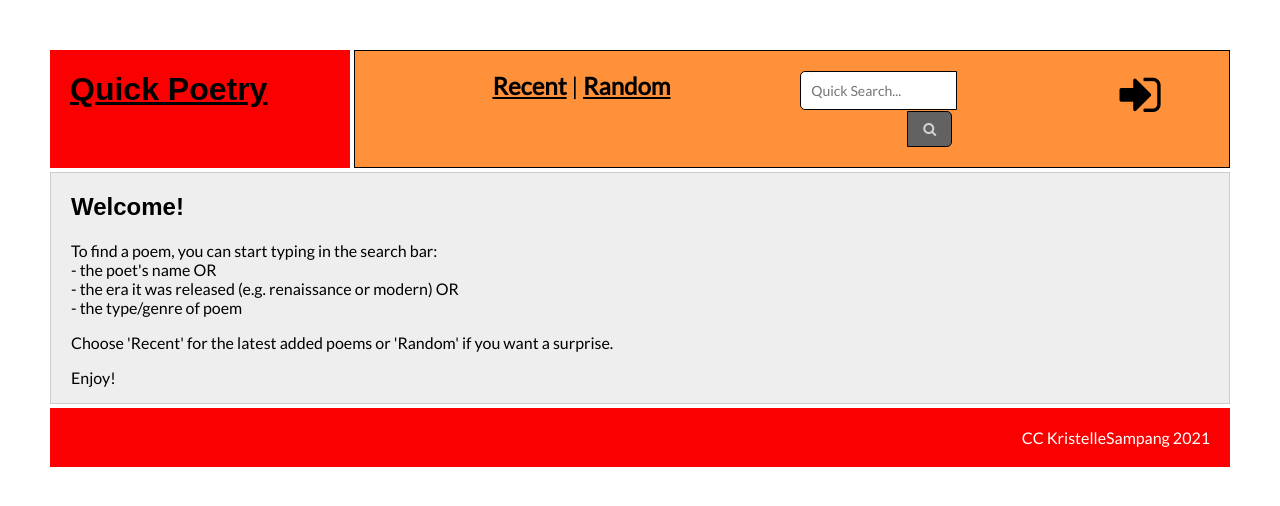
Repository: sampangk71280/Poetry_DB
Page: http://localhost/index.php?page=home
The author's editor kept a copy of each file at every save. The page is drawn from the files as they stood at one save, then again after the next save.
The browser window is 1280 px wide. The pictures show the whole page.
Some web fonts or font styles are not loaded; a fallback is used. The page is run by PHP 8.4 with error messages shown; the project is at /var/www/html/.

Above is the page before, as saved 2021-12-07 13:51:17.

### index.php
<!DOCTYPE HTML>

<?php

session_start();
include("config.php");
include("functions.php");

// connect to database
$dbconnect=mysqli_connect(DB_HOST,DB_USERNAME,DB_PASSWORD, DB_NAME);

if(mysqli_connect_errno()){
    echo "Connection failed:".mysqli_connect_error();
    exit;
}

?>


<html lang="en">

<?php include("content/head.php"); ?>

<body>

    <div class="wrapper">

            <?php include("content/heading_navigation.php") ?>

        <div class="box main">

                <?php

                if(!isset($_REQUEST['page'])) {
                    include("content/home.php");
                } // end of if includes home page

                else {
                    // prevents users from navigating through file system
                    $page=preg_replace('/[^0-9a-zA-Z]-/', '', $_REQUEST['page']);
                    include("content/$page.php");

                } // end of else that includes requested content

                ?>

        </div>    <!-- / main -->

        <?php include("content/footer.php"); ?>

    </div>  <!-- / wrapper  -->

</body>

### config.php
<?php

ini_set('display_errors', 'On');  // change to 'Off' when live

define ("DB_NAME","sampangk71280_L3_Poetry");
define ("DB_USERNAME","_sampangk71280");
define ("DB_PASSWORD","QANbMDYSVME7gpyR");
define ("DB_HOST","localhost");

?>

### functions.php
<?php

// function to 'clean' data
function test_input($data) {
	$data = trim($data);
	$data = htmlspecialchars($data); //  needed for correct special character rendering
	return $data;
}


// entity is subject, country, occupation etc
function autocomplete_list($dbconnect, $item_sql, $entity)
{
// Get entity / topic list from database
$all_items_query = mysqli_query($dbconnect, $item_sql);
$all_items_rs = mysqli_fetch_assoc($all_items_query);

// Make item arrays for autocomplete functionality...
while($row=mysqli_fetch_array($all_items_query))
{
  $item=$row[$entity];
  $items[] = $item;
}

$all_items=json_encode($items);
return $all_items;

}


// function to get subject, country & career ID's
function get_ID($dbconnect, $table_name, $column_ID, $column_name, $entity)
{

    if($entity=="")
    {
        return 0;
    }


    // get entity ID if it exists
    $findid_sql = "SELECT * FROM $table_name WHERE $column_name LIKE '$entity'";
    $findid_query = mysqli_query($dbconnect, $findid_sql);
    $findid_rs = mysqli_fetch_assoc($findid_query);
    $findid_count=mysqli_num_rows($findid_query);

    // If subject ID does exists, return it...
    if($findid_count > 0) {
        $find_ID = $findid_rs[$column_ID];
        return $find_ID;
    }   // end if (entity existed, ID returned)


    else {
        $add_entity_sql = "INSERT INTO $table_name ($column_ID, $column_name) VALUES (NULL, '$entity');";
        $add_entity_query = mysqli_query($dbconnect, $add_entity_sql);

    $new_id_sql = "SELECT * FROM $table_name WHERE $column_name LIKE '$entity'";
    $new_id_query = mysqli_query($dbconnect, $new_id_sql);
    $new_id_rs = mysqli_fetch_assoc($new_id_query);

    $new_id = $new_id_rs[$column_ID];

    return $new_id;

    }   // end else (entity added to table and ID returned)

} // end get ID function


function get_rs($dbconnect, $sql)
{
    $find_sql = $sql;
    $find_query = mysqli_query($dbconnect, $find_sql);
    $find_rs = mysqli_fetch_assoc($find_query);

    return $find_rs;
}


function country_job($dbconnect, $entity_1, $entity_2, $label_sg, $label_pl, $table, $entity_ID, $entity_name)
{

    $all_entities = array($entity_1, $entity_2);
    // loop through items and look up their values...

    // Counts # of countries that without ID zero...
    $num_entities = count(array_filter($all_entities));


    if ($num_entities == 1)
    {
    echo "<b>".$label_sg."</b>: ";
    }

    else { echo "<b>".$label_pl."</b>: ";}

    foreach ($all_entities as $entity) {

    $entity_sql = "SELECT * FROM $table WHERE $entity_ID = $entity";
    $entity_query = mysqli_query($dbconnect, $entity_sql);
    $entity_rs = mysqli_fetch_assoc($entity_query);

    if ($entity != 0) {

    ?>


    <span class="author_entity tag"><?php echo $entity_rs[$entity_name]; ?> </span> &nbsp;

    <?php

    } // end entity if

    // break reference with the last element as per the manual
    unset($entity);

    }

}

?>

### content/head.php
<head>
    <meta charset="UTF-8">
    <meta name="description" content="Site featuring poetry from famous authors">
    <meta name="keywords" content="quotes, famous, author, writer, sportsman,
    political activist, sayings, poetry">
    <meta name="author" content="Kristelle Sampang">
    <meta name="viewport" content="width=device-width, initial-scale=1.0">

    <title>Quick Poetry</title>

    <!-- Edit the link below / replace with your chosen google font -->
    <link href="https://fonts.googleapis.com/css?family=Lato%7cUbuntu" rel="stylesheet">

    <!-- Edit the name of your style sheet - 'foo' is not a valid name!! -->
    <link rel="stylesheet" href="theme/quick_poetry.css">
        <link rel="stylesheet" href="theme/font-awesome.min.css">

</head>

### content/heading_navigation.php

        <div class="box banner">


            <h1><a class="heading" href = "index.php?page=home">Quick Poetry</a></h1>
        </div>    <!-- / banner -->

        <!-- Navigation goes here.  Edit BOTH the file name and the link name -->
        <div class="box nav">

            <div class="linkwrapper">
                <div class="commonsearches">
                    <a href="index.php?page=recent">Recent</a> |
                    <a href="index.php?page=random">Random</a>
                </div>  <!-- / common searches -->

                 <div class="topsearch">

                    <!-- Quick Search -->
                    <form method="post" action="index.php?page=quick_search"
                    enctype="multipart/form-data">

                        <input class="search quicksearch" type="text"
                        name="quick_search" width="40" value="" required placeholder="Quick Search..." />

                        <input class="submit" type="submit" name="find_quick" value="&#xf002;" />

                    </form>     <!-- / quick search -->

                </div>  <!-- / top search -->

                <div class="topadmin">

                <?php

                    if (isset($_SESSION['admin'])) {

                    ?>

                    <a href="index.php?page=../admin/new_poem" title="Add a quote"><i class="fa fa-plus fa-2x"></i></a>

                    &nbsp; &nbsp;

                    <a href="index.php?page=../admin/logout" title="Log Out">
                        <i class="fa fa-sign-out fa-2x"></i>
                    </a>

                    <?php
                    } // end user if logged in if

                    else {
                        ?>

                    <a href="index.php?page=../admin/login" title="Log In">
                        <i class="fa fa-sign-in fa-2x"></i>
                    </a>

                    <?php // end of login else
                    }

                    ?>


                </div>  <!-- / top admin -->

            </div>  <!--- / link wrapper -->

        </div>    <!-- / nav -->

### content/home.php
<h2>Welcome!</h2>

            <p>
                To find a poem, you can start typing in the search bar: <br/>
                - the poet's name OR <br/>
                - the era it was released (e.g. renaissance or modern) OR <br/>
                - the type/genre of poem
            </p>

            <p>
                Choose 'Recent' for the latest added poems or 'Random' if you want a surprise.
            </p>

            <p>
                Enjoy!
            </p>

### content/footer.php
<div class="box footer">
            CC KristelleSampang 2021
        </div>    <!-- / footer -->

### theme/quick_poetry.css
body {
    margin: auto;
    padding: 50px;
    color: #000;
    font-family: 'Lato', sans-serif;
}

/* Box (for corners & padding) */
.box {
    padding-left: 20px;
    /* border-radius: 10px; */
    background-color: #ddd;
}


/* Set up grids... specifics */

/*  #### Grid for Main page #### */


.wrapper {
    display: grid;
    grid-template-columns: 300px 1fr;
    grid-template-rows: auto;
    grid-template-areas:
        "banner nav"
        "main main"
        "footer footer";
        grid-gap: 4px;

}
@media only screen and (max-width: 1100px){
    .wrapper{
    grid-template-columns: auto;
    grid-template-rows: auto;
    grid-template-areas:
        "banner"
        "nav"
        "main"
        "footer";
    }
}
.banner {
    grid-area: banner;
}

.nav {
    grid-area: nav;
    background-color: #ff913a;  /* orange  */
    font-size: 150%;
    padding: 20px;
    vertical-align: middle;
    border: solid 1px;
}

.main {
    grid-area: main;
    background-color: #eee;  /* very pale grey */
    border: solid 1px #CCC;
}


.footer {
    grid-area: footer;
    text-align: right;
    padding: 20px;
}

/*  #### Grid for Navigation area page #### */

.linkwrapper {
    display: grid;
    grid-template-columns: 3fr 2fr 1fr;
    grid-template-areas:
        "commonsearches topsearch topadmin";
    grid-gap: 4px;
}


.commonsearches {
    grid-area: commonsearches;
    text-align: center;
}

.topsearch {
    grid-area: topsearch;
    text-align: right;
    width: 60%;
}

.topadmin {
    grid-area: topadmin;
    text-align: center;
}

/* Make navigation responsive */

@media only screen and (max-width: 800px){
    .linkwrapper{
        grid-template-columns: auto;
        grid-template-rows: auto;
        grid-template-areas:
            "commonsearches commonsearches"
            "topsearch topadmim";
    }

    .commonsearches{
        text-align: left;
    }

    .topsearch{
        text-align: left;
    }

    .topadmin {
        text-align: right;
    }
}

/* ### Additional div styling (put colours / corners here) */


/* Area colouring... */

/* logo, banner and footer background are the same */
.banner, .footer {
    background-color: #fb0000;  /* bold red */
}

/* Set font on dark areas to white */
.logo, .banner, .side, .footer {
    color: #fff;
}

/* #### Links Styling  #### */

/* Navigation Links */
a.topnav {font-weight: bold;}
a.topnav:link, a.topnav:visited {color: #007c72;} /*dark teal */
a.topnav:hover {color: #707a00; text-decoration: none;}


/* links in page */
a {font-weight: bold;}
a:link{color: #000;} /* white */
a:visited{color: rgb(73, 73, 73);} /* black */
a:hover{color: white;}

/* #### Headings / text styling #### */
h1, h2, h3, h4 {
    font-family: 'Ubuntu', sans-serif;
}

h5 {
    font-family: 'Ubuntu', sans-serif;
    font-weight: bold;
    font-size: 16px;
}

.sub_heading {
    font-family: 'Ubuntu', sans-serif;
    color: #593849; /* purple */
    font-weight: bold;
}

/* ### Form / Search  Styling #### */

form {
    width: 100%;
    float: left;
}

.search {
    background:#fff;
    width: 75%;
}

.submit::-moz-focus-inner {
    border: 0;
    position: relative;
}


.submit {
    font-family: FontAwesome, 'Helvetica Neue', Helvetica, Arial, sans-serif;
    position:relative;
    width: 45px;
    font-size: 14px;

    left:-5px;
    background-color: #636263;
    color:#d6d3d7;
    border: 1px solid #000;
    border-radius: 0 5px 5px 0;
    display: inline-block;
    padding: 10px;
}


input[type="submit"]:hover {
    background-color: #000;
}


input {
    font-size: 14px;
    padding: 10px;
    display: inline-block;
    border: 1px solid #000;
    box-sizing: border-box;
}


.quicksearch {
    border-radius: 5px 0 0 5px;
    display: inline-block;
    position: relative;
}

/* ### Results styling, includes 'tags' button ### */
.results{
    background-color:#D2D2D2;
    border: solid 1px #000;
    padding: 10px;

    margin-right: 20px;
    border-radius: 20px;
}

.tag{
    background-color: #ff913a ;  /* orange like heading*/
    padding: 5px;
    padding-left: 10px;
    padding-right: 10px;
    border: solid 1px #000;
    border-radius: 5px;
}
.authortag{
    background-color: #FFA660; /* orange */
    padding: 5px;
    padding-left: 10px;
    padding-right: 10px;
    border: solid 1px #000;
    border-radius: 5px;
}

.deletetag{
    background-color: #FFA660 ;
    padding: 5px;
    padding-left: 10px;
    padding-right: 10px;
    border: solid 1px #000;
    border-radius: 5px;
}

.deletetagno{
    background-color: #ff4646 ;
    padding: 5px;
    padding-left: 10px;
    padding-right: 10px;
    border: solid 1px #000;
    border-radius: 5px;
}

.about{
    background: #FFEC00; /* yellow */
    border: solid 1px #E9D800; /* yellow but slightly darker*/
    padding: 10px;
    border-radius: 10px;
    margin-right: 20px;
}

.error{
    background-color:  #ffcece;
    color: #721a1a;
    border-radius: 10px;
    padding: 10px;
    border: solid 1px #721a1a;

}

/* editing tools formatting */
.edit-tools {
    text-align: right;
    padding-right: 20px;
}

/* Form Formatting css */

/* make height of drop downs slightly larger */
select {
    height: 40px;
    padding: 5px;
}

/* controls input field on autocomplete boxes (pink for error,
white for OK) */

input.tag-error[type=text]{
    background-color: #ff9e9e;
}

input.tag-ok[type=text]{
    background-color: #fff;

}

/* field backgrounds */
.form-ok{
    background-color: #fff;

}

.form-error{
    background-color: #ff9e9e;
}

/* error messages */
.no-error {
    display: none;
}

.error-text{
    color: darkred;
}

textarea,
input[type=text] {
    font-family: 'Lato', sans-serif;
    padding: 10px;
    border-width: 1px;
    margin: auto;
    width: 95%;
}

.add-field {
    width: 95%;
}

textarea {
    width: 90%;
    max-width: 700px;
}

Loaded but not shown: theme/font-awesome.min.css (library)

After the next save:
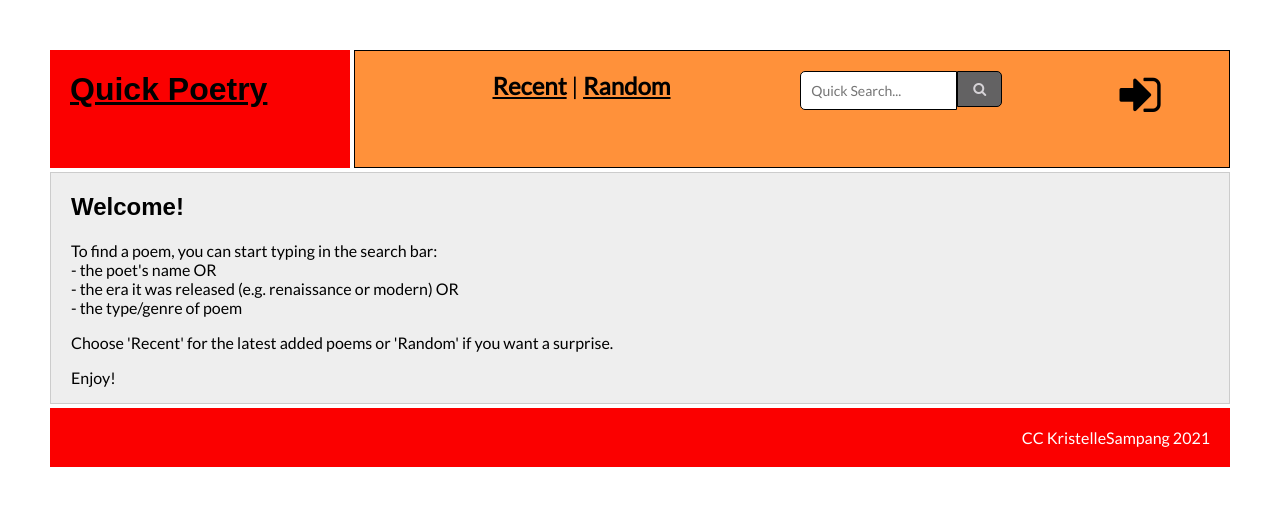
Saved 5 min 16 s later.
--- a/theme/quick_poetry.css
+++ b/theme/quick_poetry.css
@@ -187,7 +187,9 @@ form {
     width: 45px;
     font-size: 14px;
 
-    left:-5px;
+    left: 45px;
+    top: -40px;
+
     background-color: #636263;
     color:#d6d3d7;
     border: 1px solid #000;
